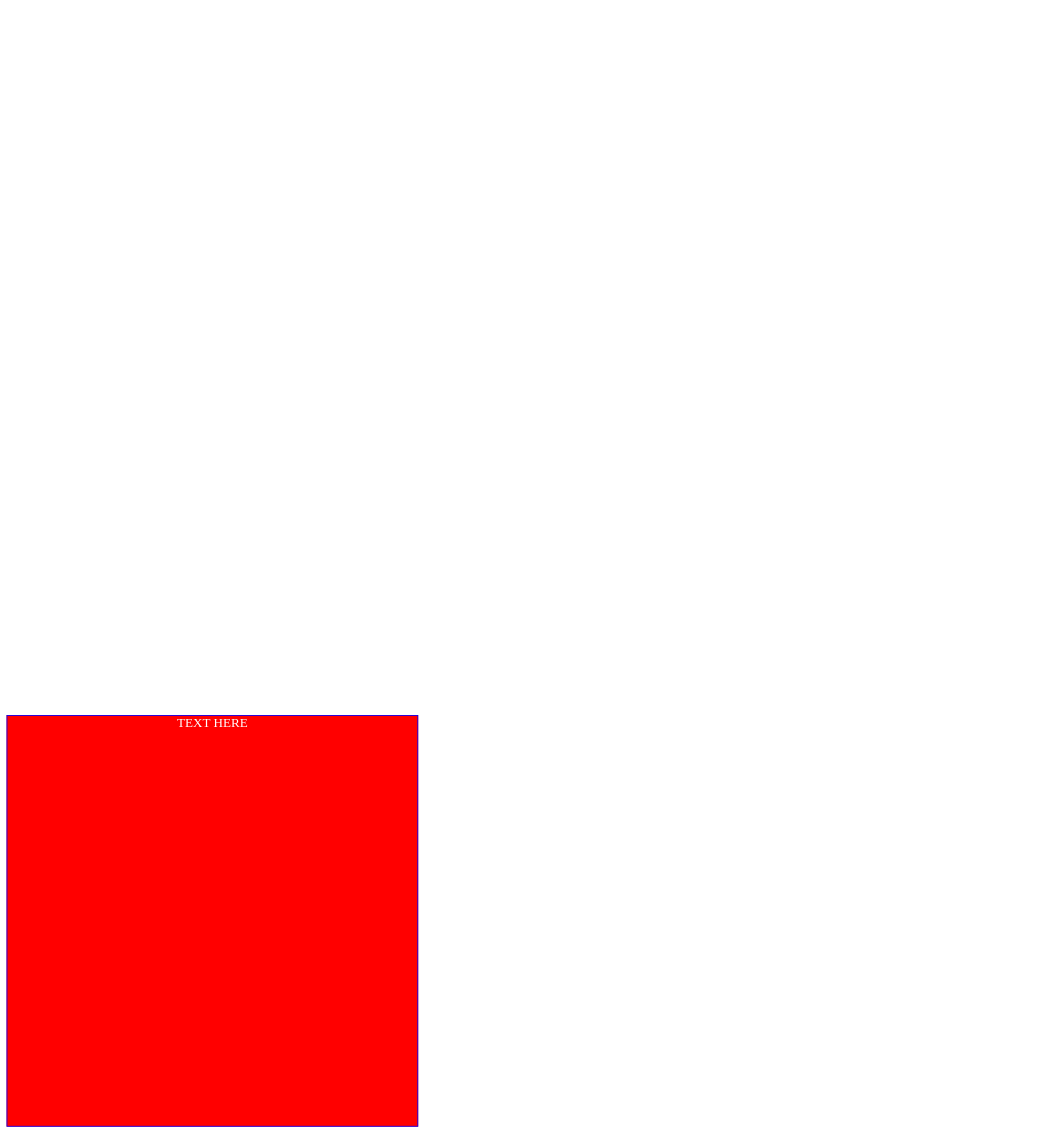
Repository: piyushiso/piyushiso.github.io
Page: random/daynight/index.html
The author's editor kept a copy of each file at every save. The page is drawn from the files as they stood at one save, then again after the next save.
The browser window is 1280 px wide. The page is 1288 px wide, so the pictures cover 1288 px, including what lies to the right of the window. The pictures show the whole page, at 82% of full size.

Above is the page before, as saved 2022-05-23 16:03:22.

### random/daynight/index.html
<html lang="en">
<head>
    <meta charset="UTF-8">
    <meta http-equiv="X-UA-Compatible" content="IE=edge">
    <meta name="viewport" content="width=device-width, initial-scale=1.0">
    <link href="styles/style.css" rel="stylesheet" />
    <title>Document</title>
</head>
<body>
    <div>
        TEXT HERE
    </div>
</body>
</html>

### random/daynight/styles/style.css
body{
    height: 100%;
    width: 100%;
    overflow: hidden;
    position: relative;
    top: 0;
    left: 0;
}

body div{
    background: red;
    height: 500px;
    width: 500px;
    border: solid thin blue;
    position: absolute;
    top: 120%;
    text-align: center;
    color: white;
}

After the next save:
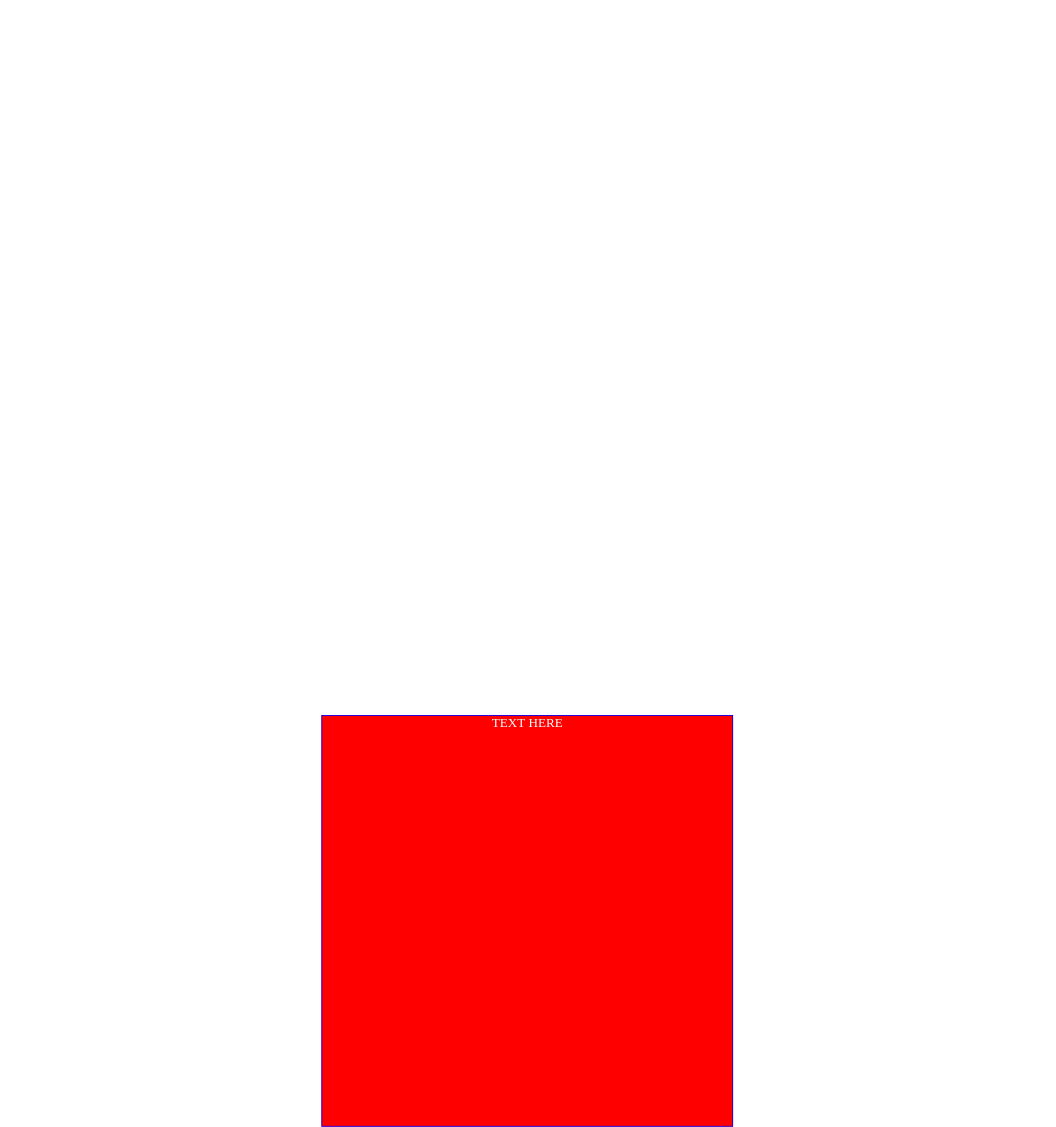
Saved 16 s later.
--- a/random/daynight/styles/style.css
+++ b/random/daynight/styles/style.css
@@ -14,6 +14,7 @@
     border: solid thin blue;
     position: absolute;
     top: 120%;
+    left: 30%;
     text-align: center;
     color: white;
 }

After the save that followed:
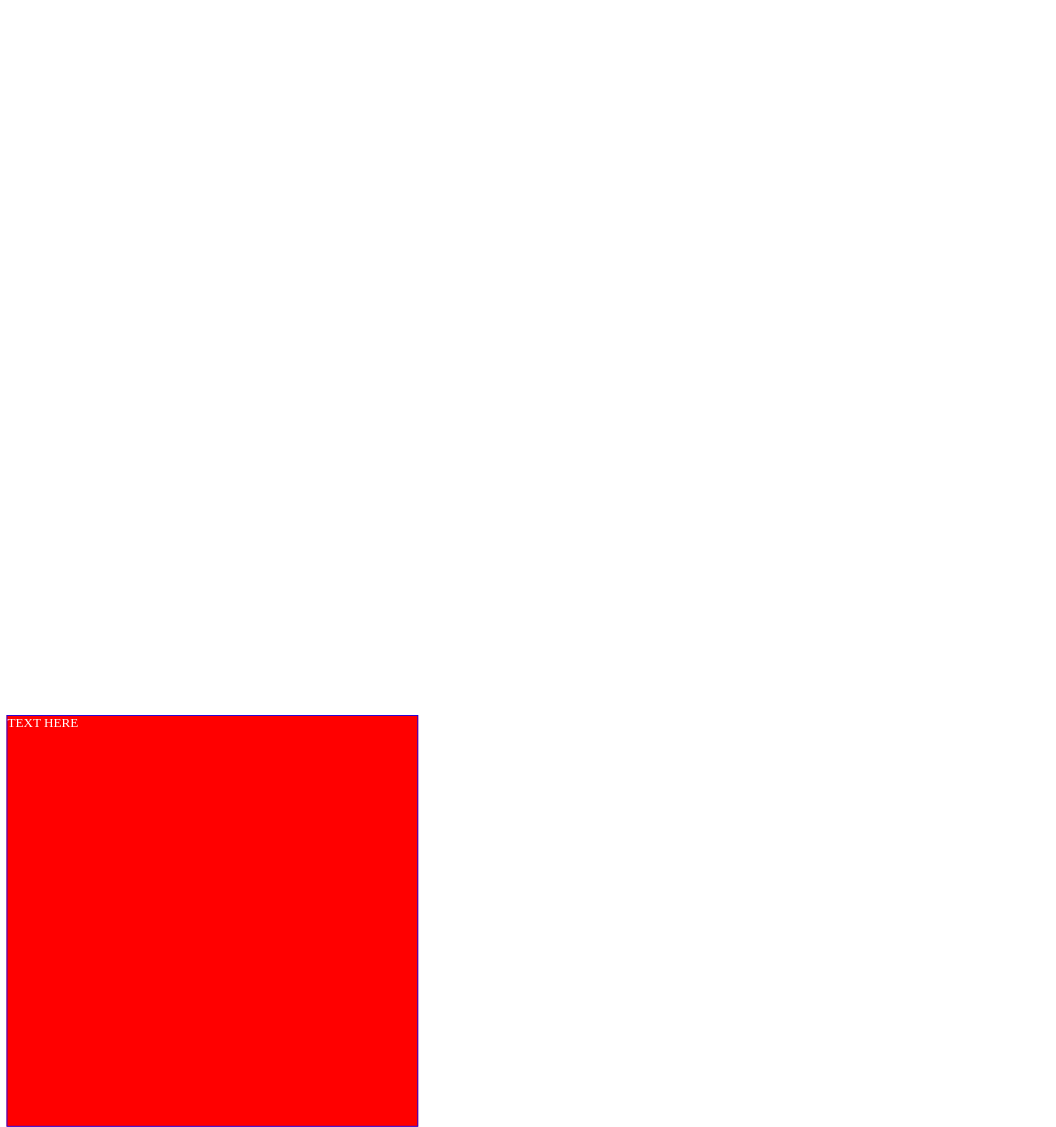
Saved 14 s later.
--- a/random/daynight/styles/style.css
+++ b/random/daynight/styles/style.css
@@ -14,7 +14,7 @@
     border: solid thin blue;
     position: absolute;
     top: 120%;
-    left: 30%;
+    left: calc(100%-)
     text-align: center;
     color: white;
 }
